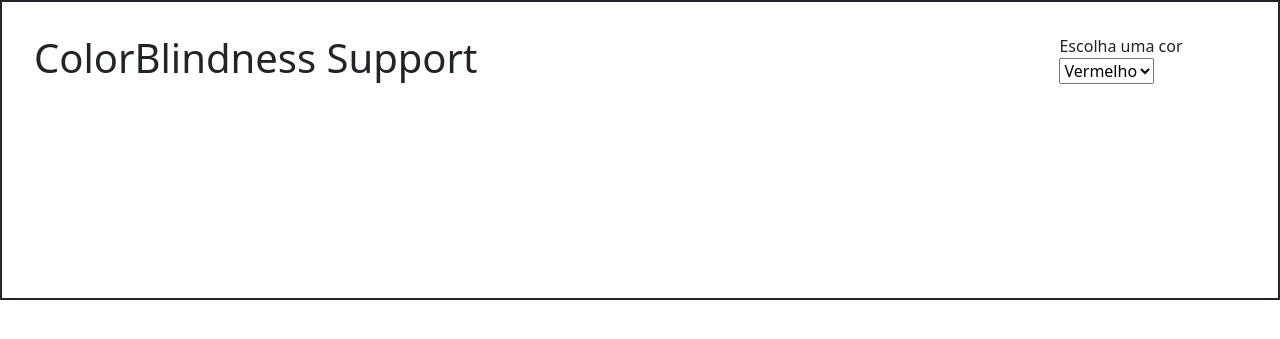
Repository: pedrosiqueira/daltonchrome
Page: popup.html
An editor plug-in stored every save of this project. The page is shown before and after the next save, followed by the edit.
The browser window is 1280 px wide. The pictures show the whole page.

Above is the page before, as saved 2022-06-17 13:04:26.

### popup.html
<!DOCTYPE html>
<html>

<head>
    <meta charset="utf-8" />
    <link href="css/vendor/bootstrap.min.css" rel="stylesheet" crossorigin="anonymous">
    <link rel="stylesheet" type="text/css" href="css/popup.css" />
</head>

<body class="p-3 d-flex border border-dark border-2 ">

    <div class="container flex p-3 d-flex row">

        <h1> ColorBlindness Support </h1>

        <!--
        <div class="form-check form-switch col">
            <input class="form-check-input" type="checkbox" id="flexSwitchCheckChecked">
            <label class="form-check-label" for="flexSwitchCheckChecked" id="MeuSwitch">Ativar extensão</label>
        </div>

        <button id="meubotao" type="button" class="btn row w-10 h-15 btn-dark">
            Clique-me
        </button>
    -->

    </div>

    <div class="flex p-3">
        <label for="cores">Escolha uma cor</label>

        <select name="cores" id="cores">
            <option value="red">Vermelho</option>
            <option value="green">Verde</option>
            <option value="blue">Azul</option>
        </select>
    </div>

    <script src="js/vendor/jquery-3.6.0.min.js"></script>
    <script src="js/vendor/bootstrap.bundle.min.js"></script>
    <script src="js/popup.js"></script>
</body>

</html>

### css/popup.css
body {
    min-width:600px;
    min-height:300px;
}

#table-wrapper {
    position:relative;
    white-space: nowrap;
}
#table-scroll {
    overflow:auto;
    margin-top:20px;
}
#table-wrapper table {
    width:100%;

}

#table-wrapper table thead th .text {
    position:absolute;
    top:-20px;
    z-index:2;
    height:20px;
    width:35%;
    border:1px solid red;
}

#table-wrapper table tbody td{
    border: 1px solid black;
}

### js/popup.js
start()

function start() {
    $("#meubotao").click(umafuncao)
}

function ativar(){
    $("#MeuSwitch")
}


async function umafuncao() {

    // obtém a aba atual
    [currentTab] = await chrome.tabs.query({ active: true, currentWindow: true });

    // envia mensagem para a aba atual
    chrome.tabs.sendMessage(currentTab.id, { nome: "Carol", curso: "TADS", orientador: "pedro" }, callback);


}

// funcao que recebe a resposta da mensagem que foi enviada para alguma aba
function callback(response) {
    console.log("ufa, a mensagem conseguiu chegar!")
    console.log(response)
}

Loaded but not shown: css/vendor/bootstrap.min.css (library); js/vendor/jquery-3.6.0.min.js (library); js/vendor/bootstrap.bundle.min.js (library)

After the next save:
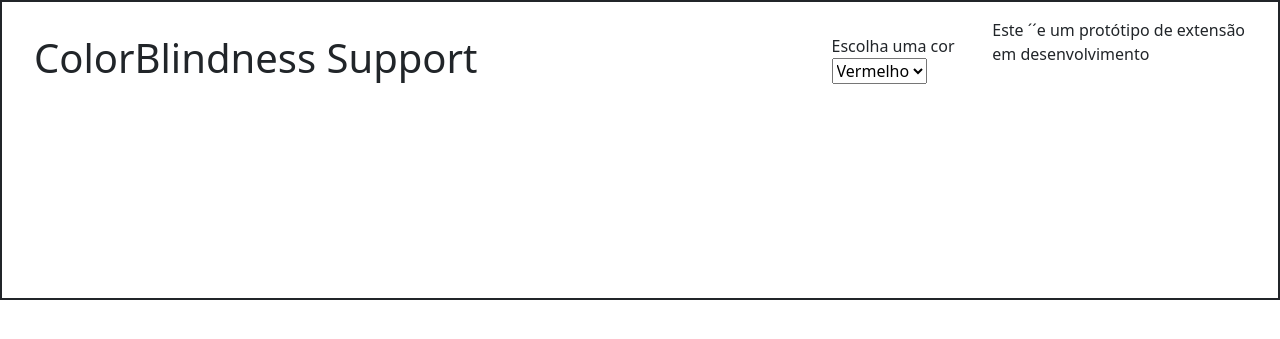
Saved 60 s later.
--- a/popup.html
+++ b/popup.html
@@ -36,6 +36,8 @@
         </select>
     </div>
 
+    <alert id="alert">Este ´´e um protótipo de extensão em desenvolvimento</alert>
+
     <script src="js/vendor/jquery-3.6.0.min.js"></script>
     <script src="js/vendor/bootstrap.bundle.min.js"></script>
     <script src="js/popup.js"></script>
